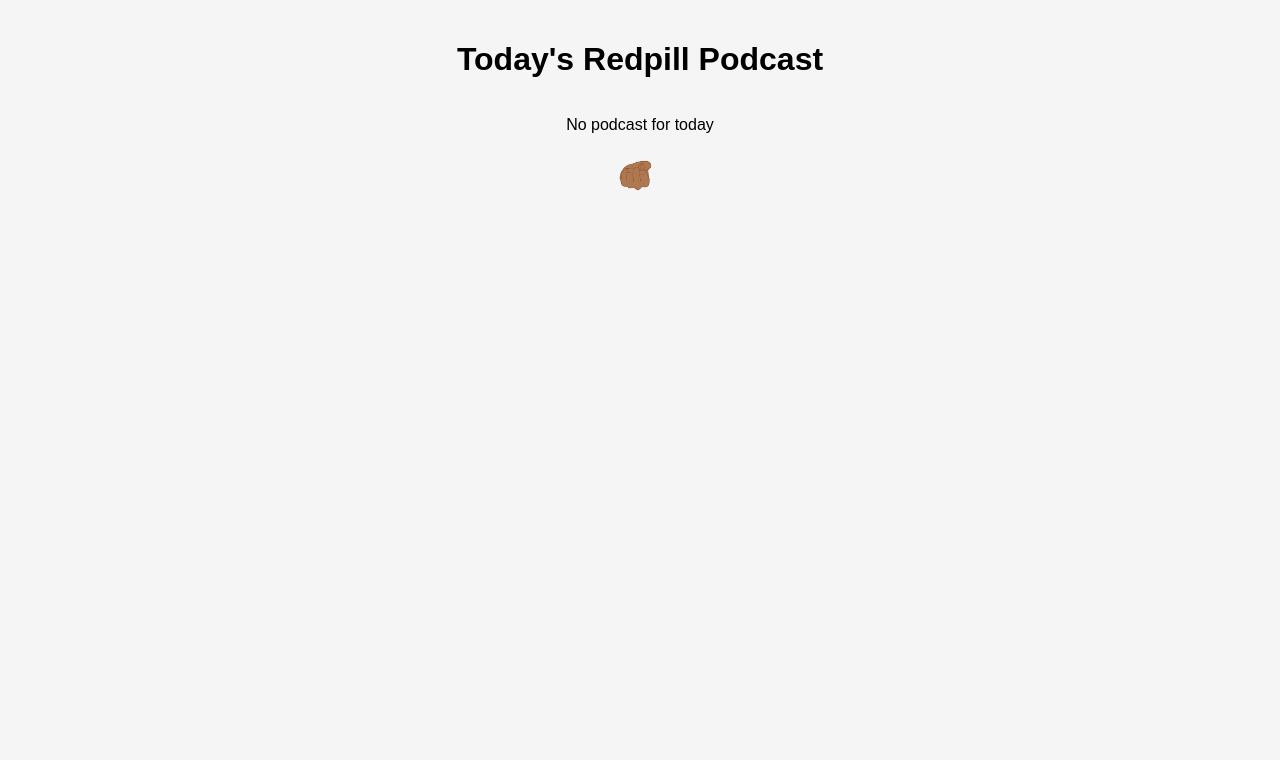
Repository: fechinmitchell/thedailyonepercent
Page: popup.html
The author's editor kept a copy of each file at every save. The page is drawn from the files as they stood at one save, then again after the next save.
The browser window is 1280 px wide. The pictures show the whole page.

Above is the page before, as saved 2023-06-22 20:07:05.

### popup.html
<!DOCTYPE html>
<html>
<head>
  <link rel="stylesheet" type="text/css" href="popup.css">
</head>
<body>
  <h1>Today's Redpill Podcast</h1>
  <p id="podcast"></p>
  <img id="logo" src="icon.gif" alt="Redpill Logo">

  <script src="popup.js"></script>
</body>
</html>

### popup.css
body {
  background-color: #f5f5f5;
  font-family: Arial, sans-serif;
  display: flex;
  justify-content: flex-start; /* align items at the start */
  align-items: center;
  height: 100vh;
  margin: 0;
  flex-direction: column; /* arrange items vertically */
  padding: 20px; /* add some padding around the whole body */
  overflow: auto; /* allow scrolling on the whole body if needed */
}

#podcast-form-wrapper, #podcast-list {
  background-color: white;
  padding: 20px;
  border-radius: 8px;
  box-shadow: 0px 0px 10px rgba(0,0,0,0.1);
  width: 80%;
  max-width: 600px;
  margin-bottom: 20px; /* add some space between the form and the list */
}

#podcast-form label {
  display: block;
  margin-bottom: 10px;
}

#podcast-form input {
  width: 90%;
  padding: 10px;
  margin-bottom: 20px;
  border-radius: 4px;
  border: 1px solid #ccc;
}

#podcast-form button {
  background-color: #007BFF;
  color: white;
  border: none;
  border-radius: 4px;
  padding: 10px 20px;
  cursor: pointer;
}

#podcast-form button:hover {
  background-color: #0056b3;
}

#logo {
  width: 50px; /* Adjust this to change the size of the logo */
}

#podcast-list {
  margin-top: 20px;
  padding: 10px;
  height: 50vh; /* Adjust this to change the height of the podcast list */
  overflow-y: auto; /* Enable vertical scrolling for the podcast list */
}

#podcast-list-items li {
  margin-bottom: 10px;
}

.delete-btn {
  margin-left: 10px;
  color: red;
  cursor: pointer;
}

### popup.js
document.addEventListener('DOMContentLoaded', function() {
  var date = new Date();
  var dateString = date.toISOString().slice(0,10); // "YYYY-MM-DD"
  var podcast = null;
  try {
      podcast = JSON.parse(localStorage.getItem(dateString));
  } catch (e) {
      console.error('Failed to parse podcast data', e);
  }

  var podcastElement = document.getElementById('podcast');
  if (podcast && podcast.name && podcast.link) {
      var link = document.createElement('a');
      link.href = podcast.link;
      link.target = "_blank";
      link.innerText = podcast.name;
      podcastElement.appendChild(link);
  } else {
      podcastElement.innerText = 'No podcast for today';
  }

  var clickCount = 0;
  document.getElementById('logo').addEventListener('click', function() {
      clickCount++;
      if (clickCount == 3) {
          window.open('form.html', '_blank');
          clickCount = 0;
      }
  });
});

### form.js
function loadPodcasts() {
    var podcastList = document.getElementById('podcast-list-items');
    podcastList.innerHTML = '';  // clear the list

    // load all saved podcasts from local storage
    for (var i = 0; i < localStorage.length; i++) {
        var key = localStorage.key(i);
        var podcast = JSON.parse(localStorage.getItem(key));

        var li = document.createElement('li');
        li.innerText = key + ': ' + podcast.name + ' (' + podcast.link + ')';

        var deleteBtn = document.createElement('span');
        deleteBtn.className = 'delete-btn';
        deleteBtn.innerHTML = '&#10006;'; // X symbol
        deleteBtn.addEventListener('click', deletePodcast.bind(null, key));

        li.appendChild(deleteBtn);
        podcastList.appendChild(li);
    }
}

function deletePodcast(key) {
    localStorage.removeItem(key);
    loadPodcasts(); // Reload the podcast list to reflect the deletion
}

document.getElementById('submit').addEventListener('click', function() {
    var password = document.getElementById('password').value;

    if (password === 'your_password_here') {
        var date = new Date(document.getElementById('date').value);
        var dateString = date.toISOString().slice(0,10); // "YYYY-MM-DD"
        var newPodcastName = document.getElementById('podcastName').value;
        var newPodcastLink = document.getElementById('podcastLink').value;

        // Use the date as the key instead of the current day of the month
        localStorage.setItem(dateString, JSON.stringify({ name: newPodcastName, link: newPodcastLink }));
        alert("Podcast info saved for " + dateString + "!");

        // Reload the podcast list to include the new podcast
        loadPodcasts();
    } else {
        alert("Invalid password!");
    }
});

// Load the saved podcasts when the page is opened
loadPodcasts();

After the next save:
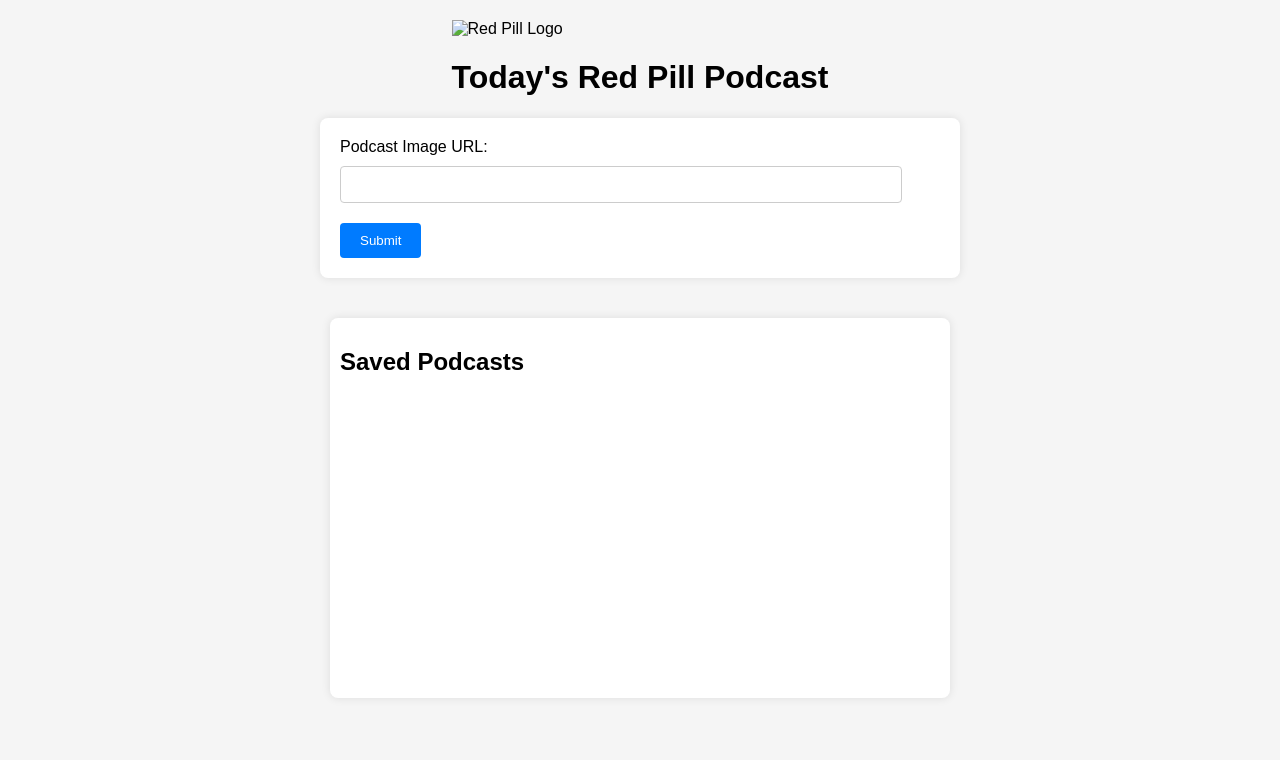
Not found: IMAGE_URL_FOR_RED_PILL
Saved 3 min 52 s later.
--- a/popup.html
+++ b/popup.html
@@ -4,10 +4,25 @@
   <link rel="stylesheet" type="text/css" href="popup.css">
 </head>
 <body>
-  <h1>Today's Redpill Podcast</h1>
-  <p id="podcast"></p>
-  <img id="logo" src="icon.gif" alt="Redpill Logo">
-
-  <script src="popup.js"></script>
+  <div id="header">
+    <img src="IMAGE_URL_FOR_RED_PILL" alt="Red Pill Logo" id="header-image">
+    <h1>Today's Red Pill Podcast</h1>
+  </div>
+  <div id="podcast-form-wrapper">
+    <form id="podcast-form">
+      <!-- Your existing form fields here -->
+      <label for="imageURL">Podcast Image URL:</label>
+      <input type="text" id="imageURL" name="imageURL">
+      <!-- More form fields here -->
+      <button type="button" id="submit">Submit</button>
+    </form>
+  </div>
+  <div id="podcast-list">
+    <h2>Saved Podcasts</h2>
+    <ul id="podcast-list-items">
+      <!-- Podcast items will be appended here -->
+    </ul>
+  </div>
+  <script src="form.js"></script>
 </body>
 </html>
